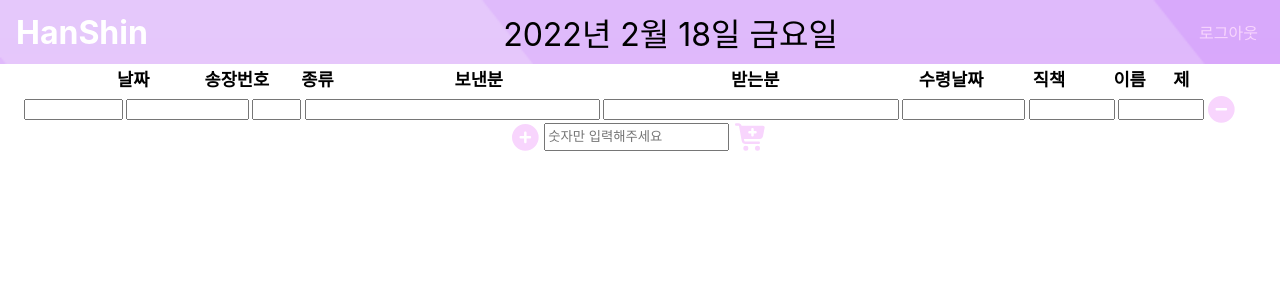
Repository: SeungYn/hanshinClient
Page: /add
An editor plug-in stored every save of this project. The page is shown before and after a run of saves, followed by the edit.
The browser window is 1280 px wide. The pictures show the whole page.
The project was rebuilt for these pictures with package versions that can differ from the ones it lists, and the page was loaded fresh each time. Also part of the build but not shown: src/App.css, src/components/item/item.jsx, src/components/package/package.jsx.

Above is the page before, as saved 2022-02-20 12:49:58.

### public/index.html
<!DOCTYPE html>
<html lang="en">
  <head>
    <meta charset="utf-8" />
    <link rel="icon" href="%PUBLIC_URL%/favicon.ico" />
    <meta name="viewport" content="width=device-width, initial-scale=1" />
    <meta name="theme-color" content="#000000" />
    <meta
      name="description"
      content="Web site created using create-react-app"
    />
  </head>
  <body>
    <div id="root"></div>
  </body>
</html>

### src/index.js
import React from 'react';
import ReactDOM from 'react-dom';
import './index.css';
import App from './App';
import { BrowserRouter } from 'react-router-dom';
ReactDOM.render(
  <React.StrictMode>
    <BrowserRouter>
      <App />
    </BrowserRouter>
  </React.StrictMode>,
  document.getElementById('root')
);

### src/index.css
html {
  height: 100%;
}
body {
  margin: 0;
  font-family: -apple-system, BlinkMacSystemFont, 'Segoe UI', 'Roboto', 'Oxygen',
    'Ubuntu', 'Cantarell', 'Fira Sans', 'Droid Sans', 'Helvetica Neue',
    sans-serif;
  -webkit-font-smoothing: antialiased;
  -moz-osx-font-smoothing: grayscale;
  height: 100%;
}
h1 {
  margin: 0;
}
code {
  font-family: source-code-pro, Menlo, Monaco, Consolas, 'Courier New',
    monospace;
}

* {
  box-sizing: border-box;
}
p,
h2 {
  margin: 0;
  padding: 0;
}

ul {
  list-style: none;
  margin: 0;
  padding: 0;
}

### src/App.jsx
import './App.css';
import Header from './components/header/header';
import Package from './components/package/package';
import { Route, Routes } from 'react-router-dom';
import AddBoxs from './addboxs/addBoxs';
function App() {
  return (
    <div className='app'>
      <Header />
      <Routes>
        <Route exact path='/' element={<Package />} />
        <Route exact path='/add' element={<AddBoxs />} />
      </Routes>
    </div>
  );
}

export default App;

### src/components/header/header.jsx
import React, { useEffect, useState } from 'react';
import styles from './header.module.css';

const Header = (props) => {
  const [date, setDate] = useState(new Date());
  const [month, setMonth] = useState('');
  const [year, setYear] = useState('');
  const [day, setDay] = useState('');
  const [dates, setDates] = useState('');

  useEffect(() => {
    setMonth(date.getMonth() + 1);
    switch (date.getDay()) {
      case 0:
        setDay('일');
        break;
      case 1:
        setDay('월');
        break;
      case 2:
        setDay('화');
        break;
      case 3:
        setDay('수');
        break;
      case 4:
        setDay('목');
        break;
      case 5:
        setDay('금');
        break;
      case 6:
        setDay('토');
        break;
    }
    setYear(date.getFullYear());
    setDates(date.getDate());
  }, [date, month, year, dates, day]);

  return (
    <header className={styles.header}>
      <h1 className={styles.title}>HanShin</h1>
      <p
        className={styles.day}
      >{`${year}년 ${month}월 ${dates}일 ${day}요일`}</p>
      <nav className={styles.menu}>
        <button className={styles.menu__item}>로그아웃</button>
      </nav>
    </header>
  );
};

export default Header;

### src/addboxs/addBoxs.jsx
import React, { useRef, useState } from 'react';
import styles from './addBoxs.module.css';
import { FontAwesomeIcon } from '@fortawesome/react-fontawesome';
import {
  faCirclePlus,
  faCartPlus,
  faCircleMinus,
} from '@fortawesome/free-solid-svg-icons';

const AddBoxs = (props) => {
  const [boxList, setBoxList] = useState([
    {
      date: '',
      boxId: '',
      kind: '',
      sender: '',
      receiver: '',
      receivedDate: '',
      position: '',
      name: '',
    },
  ]);

  const countRef = useRef();

  const onSubmit = (e) => {
    e.console.log(1);
  };

  const onChange = (event, index) => {
    const boxs = [...boxList];
    const name = event.currentTarget.name;
    const value = event.currentTarget.value;

    boxs[index][name] = value;
    setBoxList(boxs);

    // switch (name) {
    //   case 'date':
    //     boxs[index][name] = value;
    //     return setBoxList(boxs);
    //   case 'kind':
    //     boxs[index][name] = value;
    //     return setBoxList(boxs);
    //   case 'sender':
    //     boxs[index][name] = value;
    //     return setBoxList(boxs);
    //   case 'receiver':
    //     boxs[index][name] = value;
    //     return setBoxList(boxs);
    //   case 'receivedDate':
    //     boxs[index][name] = value;
    //     return setBoxList(boxs);
    //   case 'position':
    //     boxs[index][name] = value;
    //     return setBoxList(boxs);
    //   case 'name':
    //     boxs[index][name] = value;
    //     return setBoxList(boxs);
    // }
  };

  const onAdd = () => {
    setBoxList([
      ...boxList,
      {
        date: '',
        boxId: '',
        kind: '',
        sender: '',
        receiver: '',
        receivedDate: '',
        position: '',
        name: '',
      },
    ]);
  };

  const onMultiAdd = () => {
    const count = countRef.current.value;
    console.log(countValidation());
    if (!countValidation()) return;
    else {
      const boxs = [...boxList];
      for (let i = 0; i < count; i++) {
        boxs.push({
          date: '',
          boxId: '',
          kind: '',
          sender: '',
          receiver: '',
          receivedDate: '',
          position: '',
          name: '',
        });
      }
      setBoxList(boxs);
    }
  };

  const onRemove = (event, index) => {
    const boxs = [...boxList];
    boxs.splice(index, 1);
    setBoxList(boxs);
  };

  //count 검사
  const countValidation = () => {
    const count = countRef.current.value;
    console.log(countRef);
    if (!isNaN(count)) {
      if (count > 20) {
        countRef.current.style.borderColor = 'red';
        countRef.current.value = '';
        countRef.current.placeholder = '한번에 20개 까지만 추가가능';
        return false;
      }
    } else {
      countRef.current.style.borderColor = 'red';
      countRef.current.value = '';
      countRef.current.placeholder = '숫자만 입력해주세요';
    }
  };

  return (
    <section className={styles.addContainer}>
      <div className={styles.addFormHeader}>
        <h2 className={styles.item}>날짜</h2>
        <h2 className={styles.item}>송장번호</h2>
        <h2 className={styles.item}>종류</h2>
        <h2 className={styles.item}>보낸분</h2>
        <h2 className={styles.item}>받는분</h2>
        <h2 className={styles.item}>수령날짜</h2>
        <h2 className={styles.item}>직책</h2>
        <h2 className={styles.item}>이름</h2>
        <h2 className={styles.item}>제거</h2>
      </div>
      <form onSubmit={onSubmit} className={styles.addForm}>
        {boxList.map((box, index) => {
          return (
            <div className={styles.items} key={index}>
              <input
                type='text'
                name='date'
                onChange={(event) => onChange(event, index)}
                value={box.date}
              />
              <input
                type='text'
                name='boxId'
                onChange={(event) => onChange(event, index)}
                value={box.boxId}
              />
              <input
                type='text'
                name='kind'
                onChange={(event) => onChange(event, index)}
                value={box.kind}
              />
              <input
                type='text'
                name='sender'
                onChange={(event) => onChange(event, index)}
                value={box.sender}
              />
              <input
                type='text'
                name='receiver'
                onChange={(event) => onChange(event, index)}
                value={box.receiver}
              />
              <input
                type='text'
                name='receivedDate'
                onChange={(event) => onChange(event, index)}
                value={box.receivedDate}
              />
              <input
                type='text'
                name='position'
                onChange={(event) => onChange(event, index)}
                value={box.position}
              />
              <input
                type='text'
                name='name'
                onChange={(event) => onChange(event, index)}
                value={box.name}
              />
              <button
                type='button'
                className={`${styles.addBtn} ${styles.minus}`}
                onClick={(event) => onRemove(event, index)}
              >
                <FontAwesomeIcon icon={faCircleMinus} size='2x' />
              </button>
            </div>
          );
        })}
      </form>
      <div className={styles.bottomBtn}>
        <button className={`${styles.addBtn}`} onClick={onAdd}>
          <FontAwesomeIcon icon={faCirclePlus} size='2x' />
        </button>
        <input
          type='text'
          name='count'
          ref={countRef}
          placeholder='숫자만 입력해주세요'
        />
        <button className={styles.addBtn} onClick={onMultiAdd}>
          <FontAwesomeIcon icon={faCartPlus} size='2x' />
        </button>
      </div>
    </section>
  );
};

export default AddBoxs;

### src/components/header/header.module.css
header {
  background: no-repeat url('./backimg.png');
  background-size: cover;
  height: 4rem;
  display: flex;
  justify-content: space-between;
  align-items: center;
  padding: 0.1rem 1rem;
}

.title {
  color: white;
}
.day {
  font-size: 2rem;
}
.menu__item {
  border: 0;
  background: none;
  font-size: 1rem;
}

### src/components/package/package.module.css
.package {
  width: 100%;
  height: 100%;
  display: flex;
  flex-direction: column;
  align-items: center;
}

.navbar {
  display: flex;
  justify-content: center;
  color: #ab74f7;
  width: 100%;
}

.navbar__item {
  text-align: center;
  line-height: 1.5rem;
  font-size: 1.5rem;
  flex-basis: 5rem;
  background-color: #fef6ff;
  padding: 0.5rem;
}

.navbar__item:hover {
  background-color: #ab74f7;
  color: #fef6ff;
  cursor: pointer;
}

.itemList {
  height: 100%;
  display: grid;
  grid-auto-rows: minmax(2rem, auto);
}

.items {
  display: grid;
  grid-template-columns: 8% 10% 5% 27% 27% 8% 7% 7%;
  height: 2rem;
}

h2 {
  text-align: center;
  line-height: 2rem;
}

.contents {
  width: 90%;
}

### src/addboxs/addBoxs.module.css
input:focus {
  outline: none;
}

.addContainer {
  width: 100%;
  height: 100%;
  display: flex;
  flex-direction: column;
  align-items: center;
}

.addFormHeader {
  width: 90%;
  display: grid;
  grid-template-columns: 8% 10% 4% 24% 24% 10% 7% 7% 2%;
  height: 2rem;
  justify-content: center;
}

.item {
  font-size: 1.1rem;
}

.addForm {
  width: 100%;
  height: 100%;
  padding: 1rem;
  padding: 0 1.5rem;
}
/* 8% 10% 5% 27% 27% 8% 7% 7%; */
.items {
  display: grid;
  grid-template-columns: 8% 10% 4% 24% 24% 10% 7% 7% 2%;
  align-items: center;
  grid-gap: 0.2rem;
}
.minus {
  padding: 0;
}
button {
  background-color: transparent;
  border: none;
  color: #f8d5fd;
}

.bottomBtn {
  display: flex;
}

.addBtn:hover {
  cursor: pointer;
  color: #e5a3ff;
}

.test {
  width: 112px;
}

### src/components/item/item.module.css
.items {
  display: grid;
  grid-template-columns: 8% 10% 5% 27% 27% 8% 7% 7%;
  align-items: center;
  border: 1px solid black;
}

.items:hover {
  background-color: #fef6ff;
}

p {
  /* 크기를 넘기면 자동으로 줄바꿈 */
  text-align: center;
  overflow-wrap: break-word;
}

After the next 2 saves:
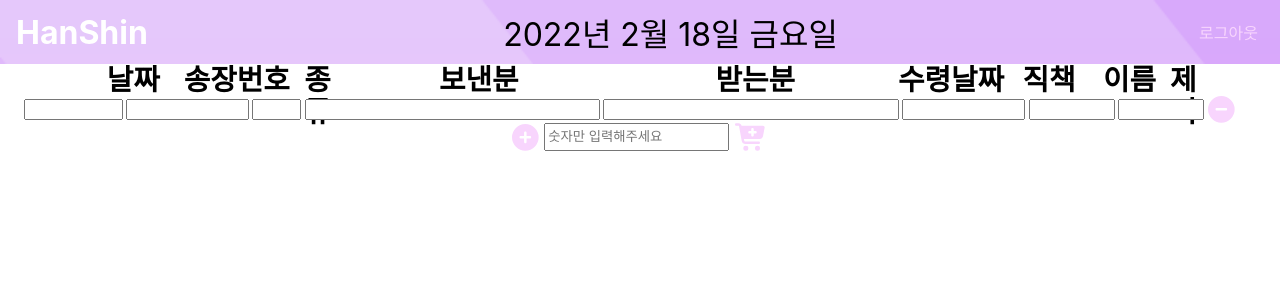
The 2 saves are shown as one change because they came seconds apart.
The last was saved 40 s later.
--- a/src/addboxs/addBoxs.module.css
+++ b/src/addboxs/addBoxs.module.css
@@ -19,7 +19,7 @@ input:focus {
 }
 
 .item {
-  font-size: 1.1rem;
+  font-size: 1.8rem;
 }
 
 .addForm {
